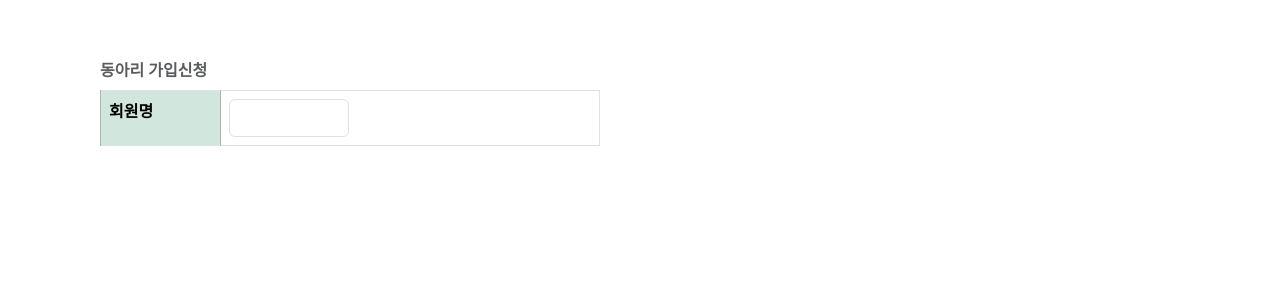
Repository: kim-gemma/JspStudy_hnkim
Page: http://localhost/JspCrudProject/member/addform.jsp
The author's editor kept a copy of each file at every save. The page is drawn from the files as they stood at one save, then again after the next save.
The browser window is 1280 px wide. The pictures show the whole page.
Some web fonts or font styles are not loaded; a fallback is used. The page is served by Tomcat 9. Other server files are loaded and not shown.

Above is the page before, as saved 2025-12-11 05:32:18.

### JspCrudProject/src/main/webapp/member/addform.jsp
<%@ page language="java" contentType="text/html; charset=UTF-8"
    pageEncoding="UTF-8"%>
<!DOCTYPE html>
<html>
<head>
<meta charset="UTF-8">
<link href="https://fonts.googleapis.com/css2?family=Dongle&family=Gamja+Flower&family=Nanum+Myeongjo&family=Nanum+Pen+Script&display=swap" rel="stylesheet">
<link href="https://cdn.jsdelivr.net/npm/bootstrap@5.3.8/dist/css/bootstrap.min.css" rel="stylesheet" integrity="sha384-sRIl4kxILFvY47J16cr9ZwB07vP4J8+LH7qKQnuqkuIAvNWLzeN8tE5YBujZqJLB" crossorigin="anonymous">
<link rel="stylesheet" href="https://cdn.jsdelivr.net/npm/bootstrap-icons@1.13.1/font/bootstrap-icons.min.css">
<title>Insert title here</title>
</head>
<body>
	<div style="width: 500px; margin: 50px 100px;">
		<form action="addaction.jsp" method="post">
			<table class="table table-bordered">
				<caption align="top"><b>동아리 가입신청</b></caption>
				<tr>
					<th width="120" class="table-success">회원명</th>
					<td>
						<input type="text" name="name" class="form-control"
						required="required" style="width: 120px;">
					</td>
				</tr>
			</table>
		</form>
	</div>
</body>
</html>

After the next save:
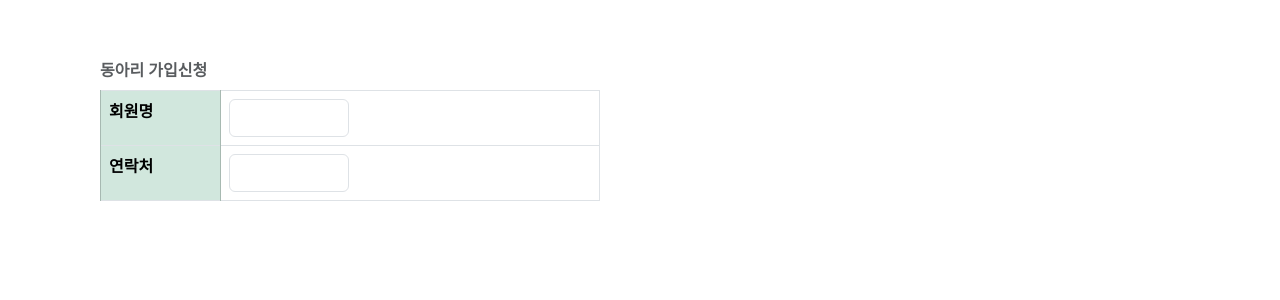
Saved 15 s later.
--- a/JspCrudProject/src/main/webapp/member/addform.jsp
+++ b/JspCrudProject/src/main/webapp/member/addform.jsp
@@ -21,6 +21,13 @@
 						required="required" style="width: 120px;">
 					</td>
 				</tr>
+				<tr>
+					<th width="120" class="table-success">연락처</th>
+					<td>
+						<input type="text" name="name" class="form-control"
+						required="required" style="width: 120px;">
+					</td>
+				</tr>
 			</table>
 		</form>
 	</div>
